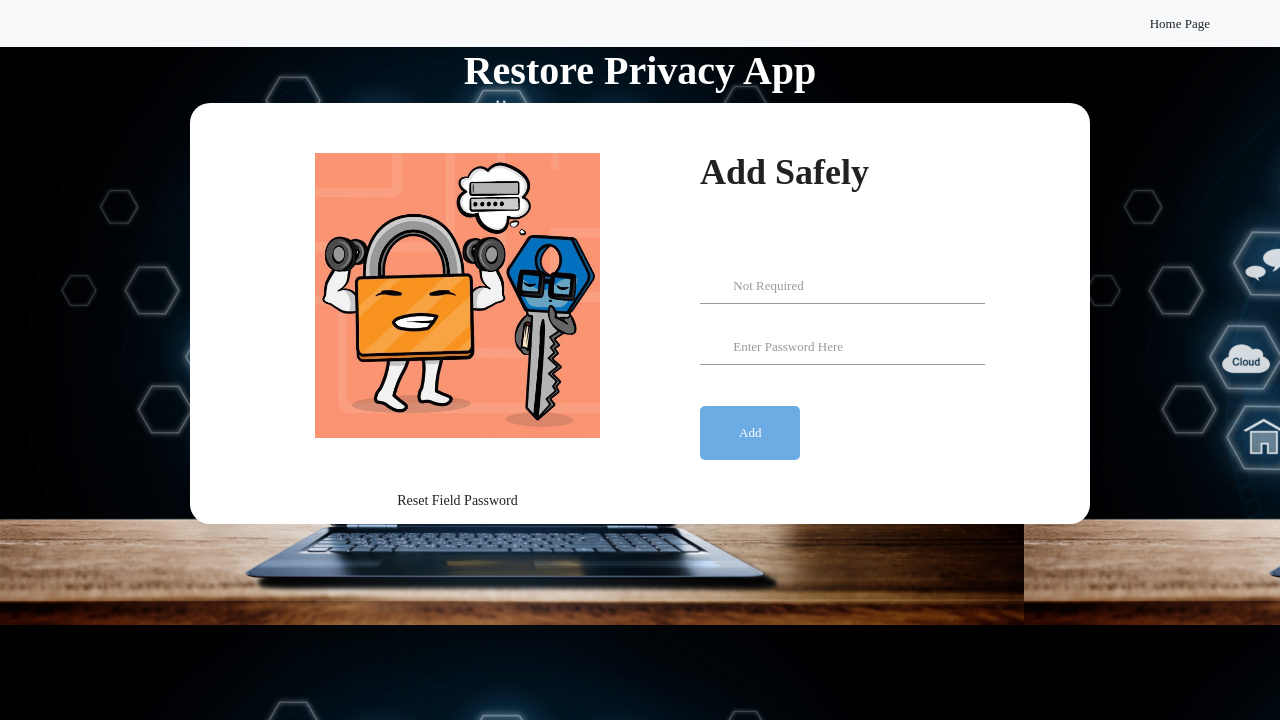
Repository: Sunil-731820/AllWorkingModels
Page: http://localhost/PasswordManagerApp/AddPassword.jsp
These files come from the project's save history. The page is drawn as it stood at one moment and after the next save; the edit follows.
The browser window is 1280 px wide. The pictures show the whole page.
Some web fonts or font styles are not loaded; a fallback is used. Some web libraries are served in a nearby version. The page is served by Tomcat 9.

Above is the page before, as saved 2022-09-27 07:32:07.

After the next save:
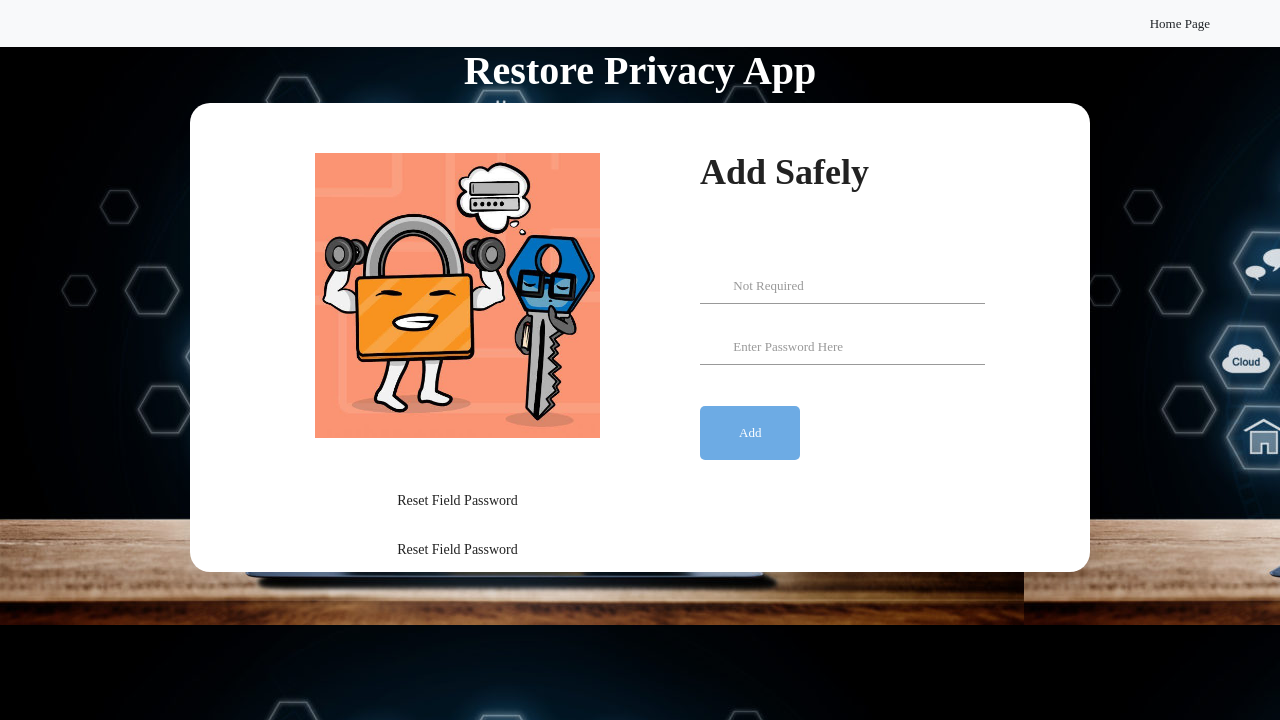
Saved 80 min 45 s later.
--- a/PasswordManagerApp/src/main/webapp/AddPassword.jsp
+++ b/PasswordManagerApp/src/main/webapp/AddPassword.jsp
@@ -74,6 +74,7 @@
                     <div class="signin-content">
                         <div class="signin-image">
                             <figure><img src="img/addPassImg.jpg" alt="sing up image"></figure>
+                            <a href="AddPassword.jsp" class="signup-image-link">Reset Field Password </a>&nbsp;&nbsp;&nbsp;&nbsp;&nbsp;
                             <a href="AddPassword.jsp" class="signup-image-link">Reset Field Password </a>
                         </div>
 
